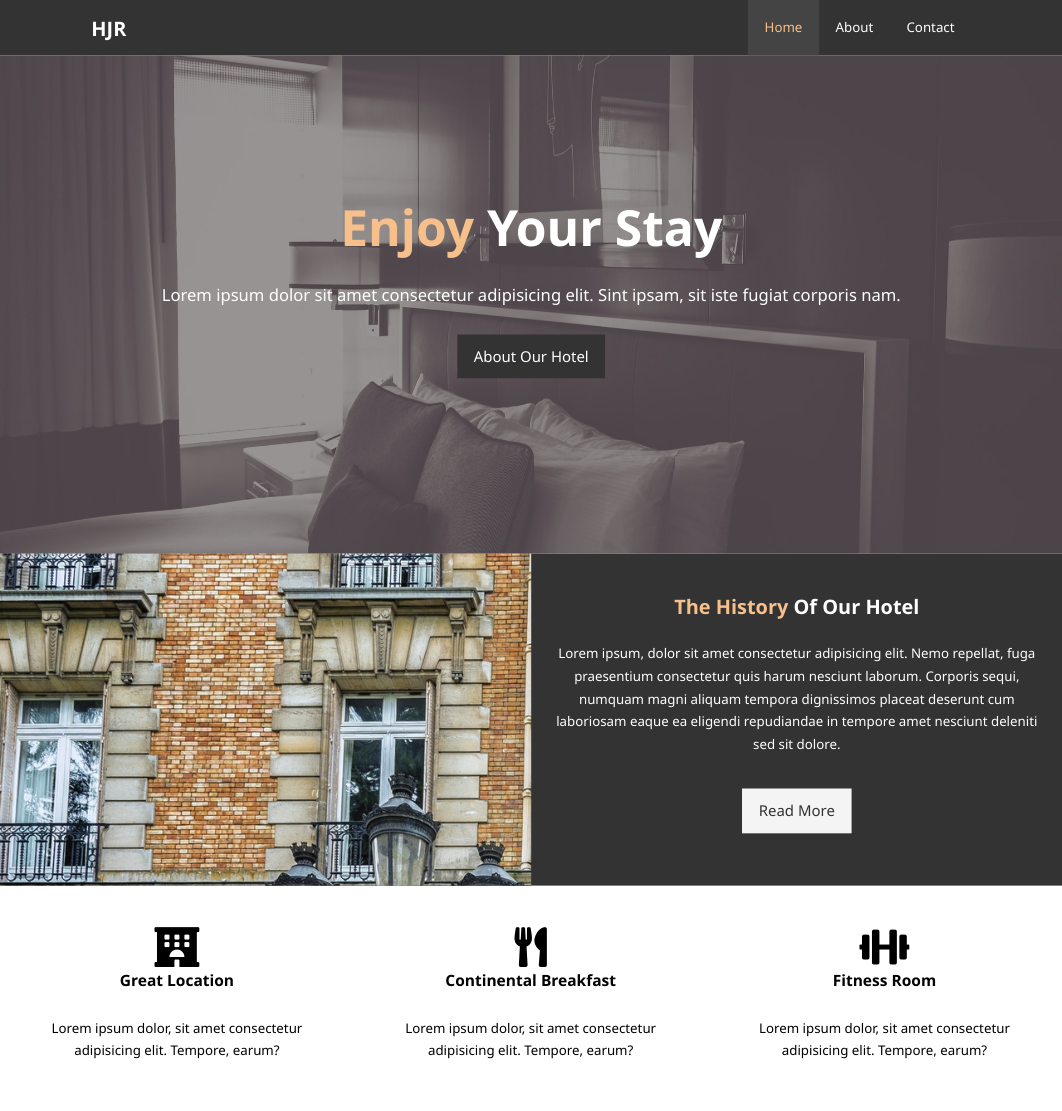
Repository: dimlutine/Hotel-Project
Page: index.html
An editor plug-in stored every save of this project. The page is shown before and after the next save, followed by the edit.
The browser window is 1280 px wide. The pictures show the whole page, at 83% of full size.
Some web libraries are served in a nearby version.

Above is the page before, as saved 2019-07-05 22:33:50.

After the next save:
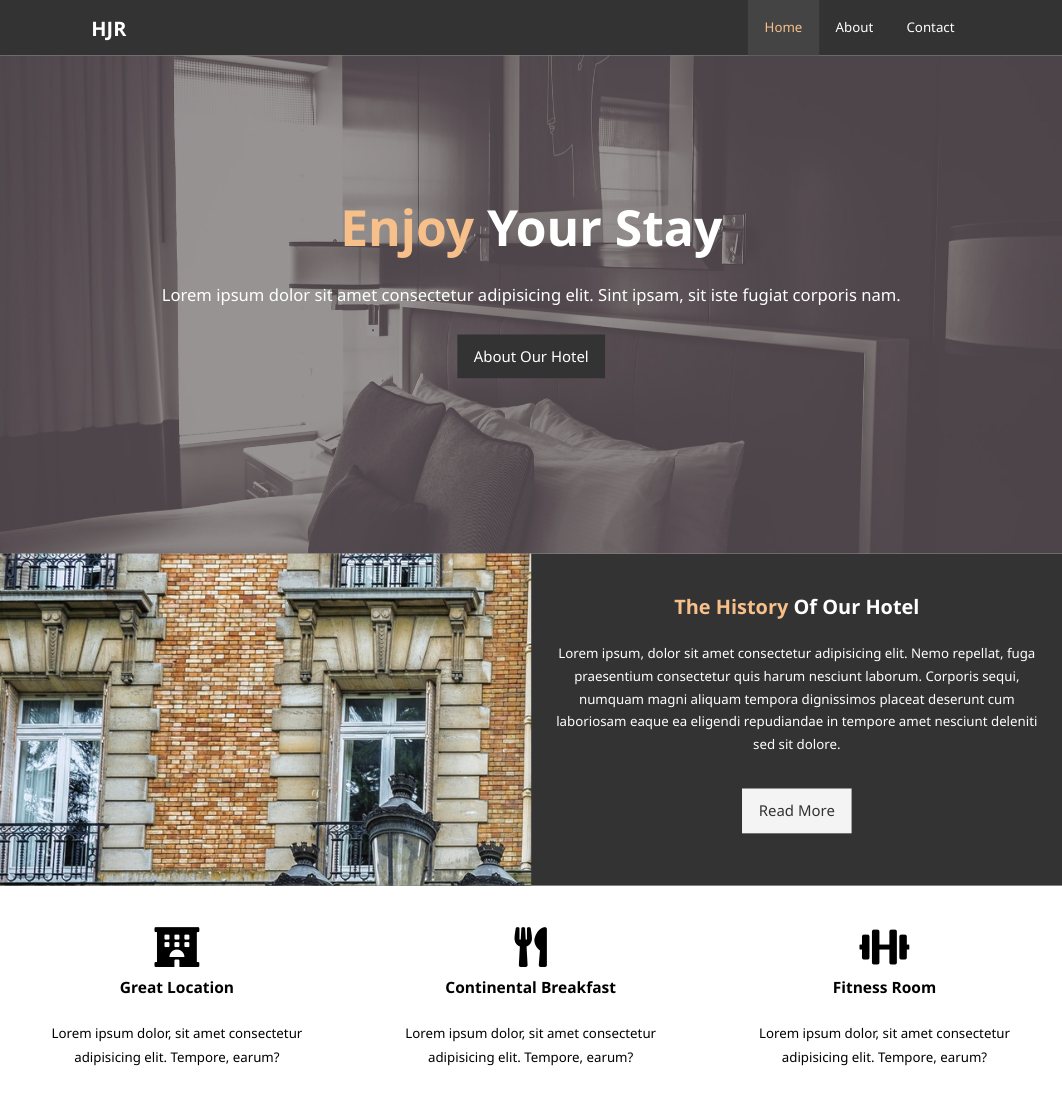
Saved 26 s later.
--- a/css/style.css
+++ b/css/style.css
@@ -174,3 +174,7 @@ p {
     padding: 50px;
     text-align: center;
 }
+
+.box i {
+    margin-bottom: 10px;
+}
